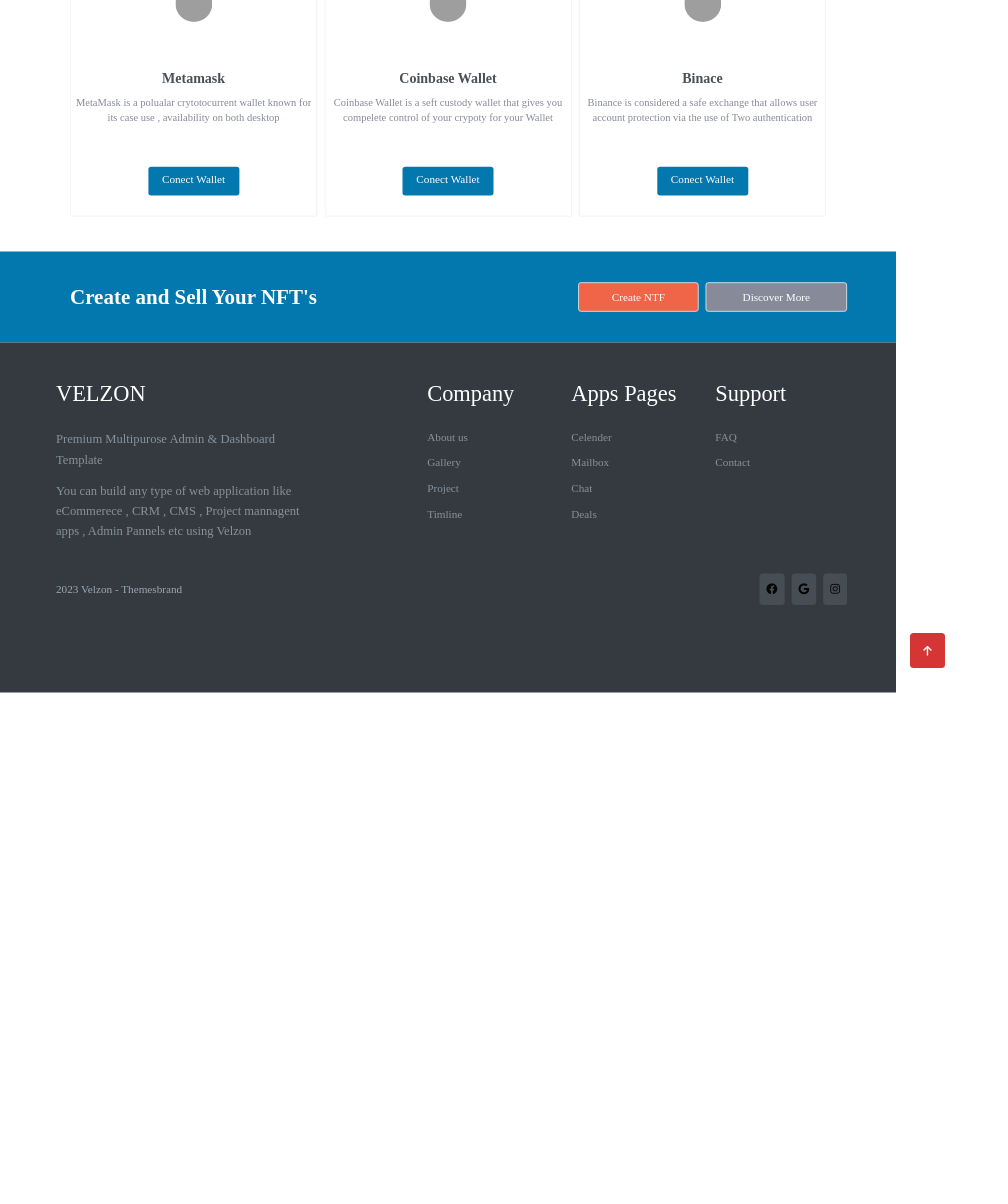
Repository: HuynhDuc23/Webvideodesgin
Page: index.html
These files come from the project's save history. The page is drawn as it stood at one moment and after the next save; the edit follows.
The browser window is 1280 px wide. The page is 1440 px wide, so the pictures cover 1440 px, including what lies to the right of the window. The pictures show the part of the page from y = 1095 to 2815 px (the page is 5520 px tall), at 70% of full size.
Pictures or frames that could not be fetched are drawn as grey boxes. The style sheet was rebuilt from its Sass, Less or Tailwind sources for each picture, by a compiler version that may differ from the author's.

Above is the page before, as saved 2023-04-29 13:19:10.

After the next save:
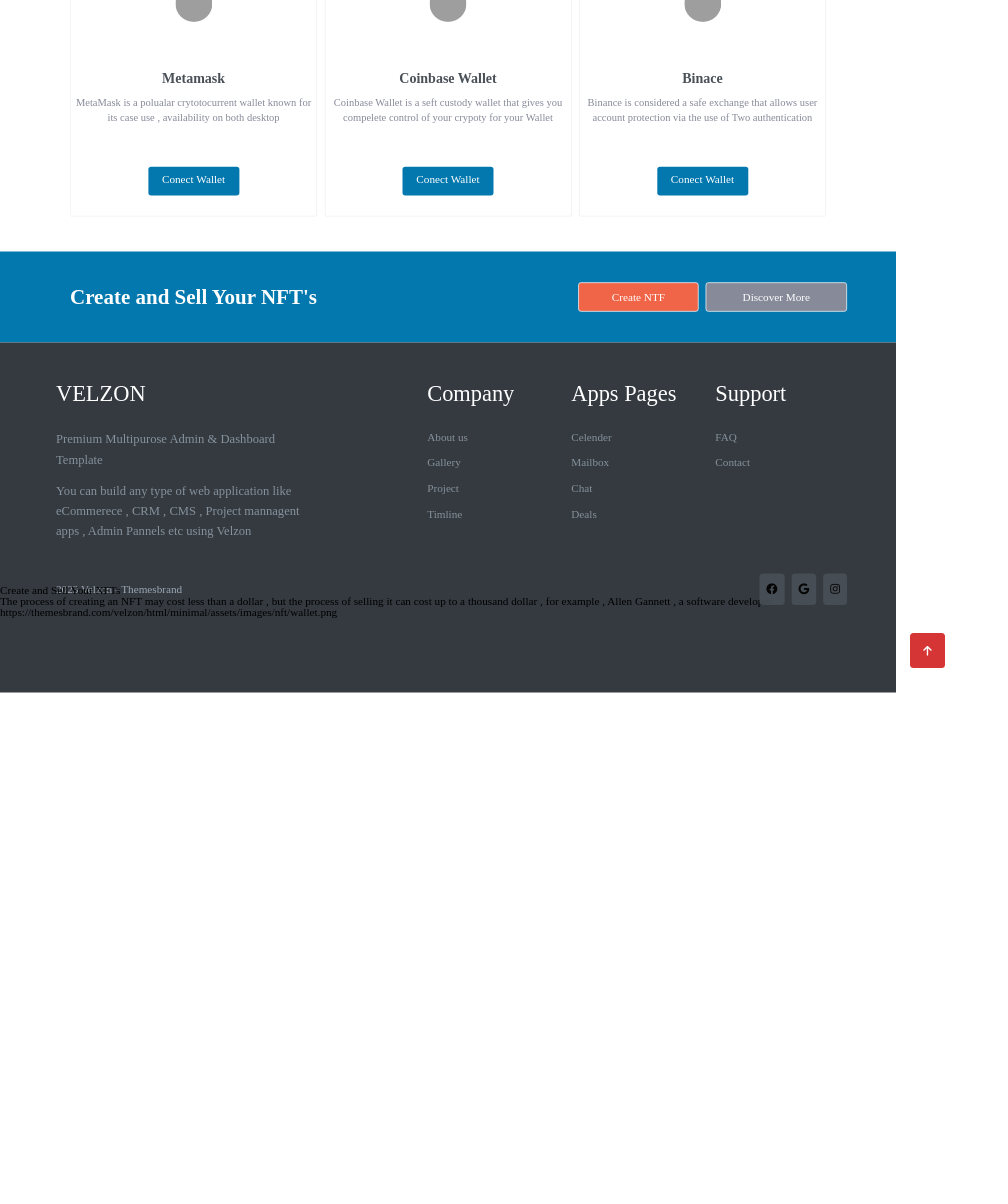
Saved 9 min 8 s later.
--- a/index.html
+++ b/index.html
@@ -166,6 +166,17 @@
                 </div>
             </div>
         </div>
+        <div class="footer__create">
+            <h1 class="heading">Create and Sell Your NFTs</h1>
+            <p class="content__create">The process of creating an NFT may cost less than a dollar , but the process of selling it can cost up to a thousand dollar , for example , Allen Gannett , a software developer</p>
+        </div>
+        <div class="wrap">
+            <div class="wrap__box">
+                <i class="box1">
+                    https://themesbrand.com/velzon/html/minimal/assets/images/nft/wallet.png
+                </i>
+            </div>
+        </div>
     </div>
 </body>
 

After the save that followed:
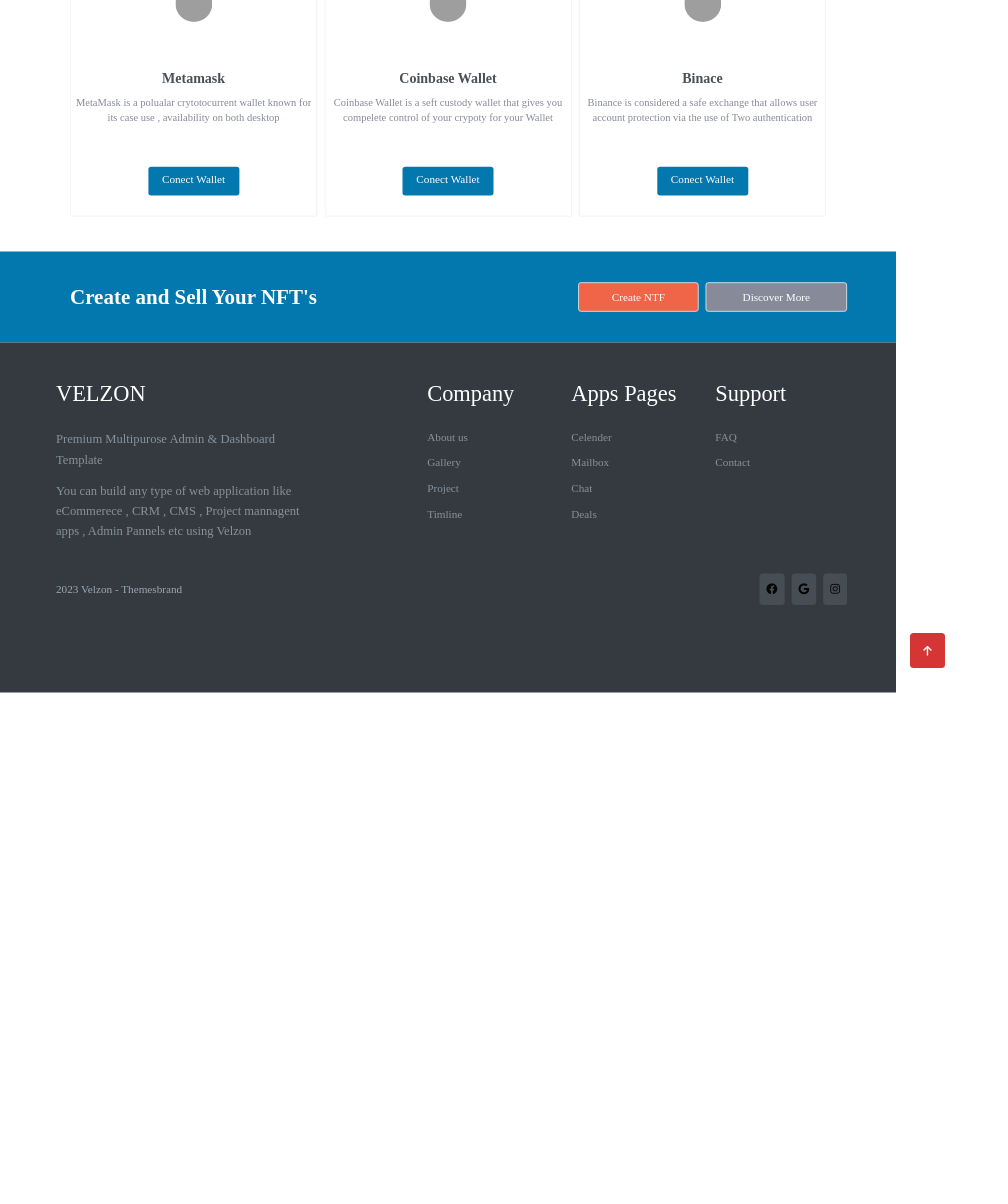
Saved 21 s later.
--- a/index.html
+++ b/index.html
@@ -166,17 +166,6 @@
                 </div>
             </div>
         </div>
-        <div class="footer__create">
-            <h1 class="heading">Create and Sell Your NFTs</h1>
-            <p class="content__create">The process of creating an NFT may cost less than a dollar , but the process of selling it can cost up to a thousand dollar , for example , Allen Gannett , a software developer</p>
-        </div>
-        <div class="wrap">
-            <div class="wrap__box">
-                <i class="box1">
-                    https://themesbrand.com/velzon/html/minimal/assets/images/nft/wallet.png
-                </i>
-            </div>
-        </div>
     </div>
 </body>
 
